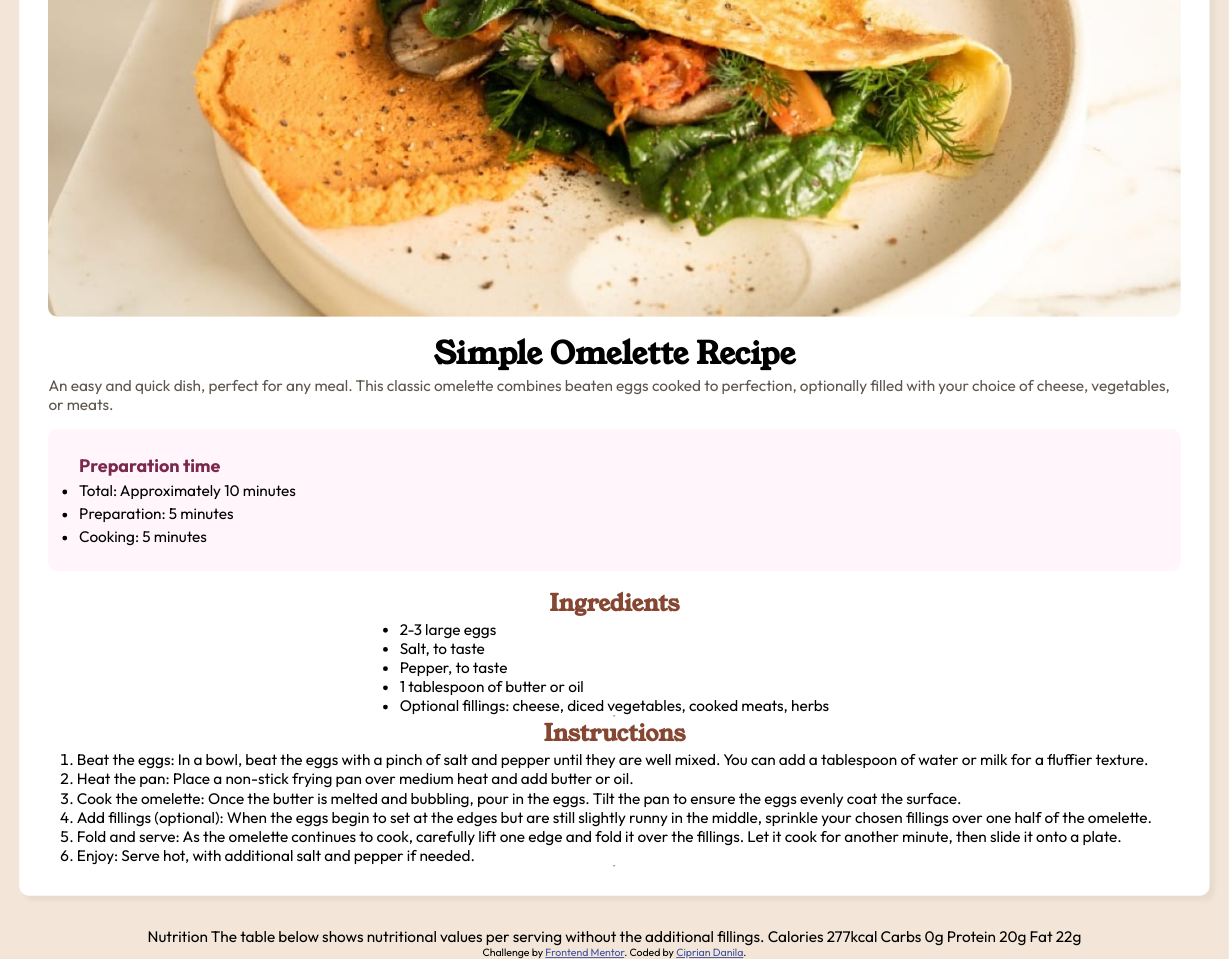
Repository: cipdanila/recipe-page
Page: index.html
These files come from the project's save history. The page is drawn as it stood at one moment and after the next save; the edit follows.
The browser window is 1280 px wide. The pictures show the whole page, at 96% of full size.

Above is the page before, as saved 2024-01-21 16:39:03.

### index.html
<!DOCTYPE html>
<html lang="en">
<head>
  <meta charset="UTF-8">
  <meta name="viewport" content="width=device-width, initial-scale=1.0"> <!-- displays site properly based on user's device -->

  <link rel="icon" type="image/png" sizes="32x32" href="./assets/images/favicon-32x32.png">
  <link rel="stylesheet" href="styles.css">

  <title>Frontend Mentor | Recipe page</title>

</head>
<body>
  <main>
    <div class="container">
      <img src="./assets/images//image-omelette.jpeg" alt="image-omlette">
      <h1>Simple Omelette Recipe</h1>
      <p>
        An easy and quick dish, perfect for any meal. This classic omelette combines beaten eggs cooked
        to perfection, optionally filled with your choice of cheese, vegetables, or meats.
      </p>
      <div class="prep-container">
        <h3>Preparation time</h3>
        <ul>
          <li>Total: Approximately 10 minutes</li>
          <li>Preparation: 5 minutes</li>
          <li>Cooking: 5 minutes</li>
        </ul>
      </div>
      <h2>Ingredients</h2>
      <ul>
        <li>2-3 large eggs</li>
        <li>Salt, to taste</li>
        <li>Pepper, to taste</li>
        <li>1 tablespoon of butter or oil</li>
        <li>Optional fillings: cheese, diced vegetables, cooked meats, herbs</li>
      </ul>
      <hr>
      <h2>Instructions</h2>
      <ol>
        <li>Beat the eggs: In a bowl, beat the eggs with a pinch of salt and pepper until they are well mixed.
          You can add a tablespoon of water or milk for a fluffier texture.</li>
        <li>Heat the pan: Place a non-stick frying pan over medium heat and add butter or oil.</li>
        <li>Cook the omelette: Once the butter is melted and bubbling, pour in the eggs. Tilt the pan to ensure
          the eggs evenly coat the surface.</li>
        <li>Add fillings (optional): When the eggs begin to set at the edges but are still slightly runny in the
          middle, sprinkle your chosen fillings over one half of the omelette.</li>
        <li>Fold and serve: As the omelette continues to cook, carefully lift one edge and fold it over the
          fillings. Let it cook for another minute, then slide it onto a plate.</li>
        <li>Enjoy: Serve hot, with additional salt and pepper if needed.</li>
      </ol>
      <hr>
    </div>
  </main>

  Nutrition

  The table below shows nutritional values per serving without the additional fillings.

  Calories
  277kcal

  Carbs
  0g

  Protein
  20g

  Fat
  22g
  <footer>
    <div class="attribution">
      Challenge by <a href="https://www.frontendmentor.io?ref=challenge" target="_blank" rel="noopener">Frontend Mentor</a>.
      Coded by <a href="https://github.com/cipdanila" target="_blank" rel="noopener noreferrer">Ciprian Danila</a>.
    </div>
  </footer>
</body>
</html>

### styles.css
@import url("https://fonts.googleapis.com/css2?family=Outfit:wght@400;600;700&family=Young+Serif&display=swap");

* {
    margin: 0;
    padding: 0;
    box-sizing: border-box;
}

:root {
    /* Primary Colors */
    --nutmeg: hsl(14, 45%, 36%);            /* h2 */
    --dark-raspberry: hsl(332, 51%, 32%);   /* h3 */
    /* Neutral Colors */
    --white: hsl(0, 0%, 100%);              /* main container */
    --rose-white: hsl(330, 100%, 98%);      /* second container */
    --eggshell: hsl(30, 54%, 90%);          /* body */
    --light-grey: hsl(30, 18%, 87%);        /* shadow */
    --wenge-brown: hsl(30, 10%, 34%);       /* regular font */
    --dark-charcoal: hsl(24, 5%, 18%);      /* bold font */
    /* Fonts */
    --font-heads: 'Young Serif', sans-serif;
    --font-body: 'Outfit', sans-serif;
}

body {
    font-family: var(--font-body);
    font-size: 16px;
    background-color: var(--eggshell);
    display: flex;
    flex-direction: column;
    align-items: center;
    justify-content: center;
    height: calc(100vh - 1px);
    margin: 1.25rem;
}

img {
    max-width: 100%;
}

h1, h2 {
    font-family: var(--font-heads);
}

h2 {
    color: var(--nutmeg);
}

h3 {
    font-family: var(--font-body);
    color: var(--dark-raspberry);
}

p {
    color: var(--wenge-brown);
}

.container {
    background-color: var(--white);
    padding: 1.90rem;
    border-radius: 0.625rem;
    box-shadow: 5px 5px 5px rgba(0, 0, 0, 0.05);
    display: flex;
    flex-direction: column;
    align-items: center;
    margin-bottom: 2rem;
}

.container img {
    border-radius: 0.625rem;
    margin-bottom: 1rem;
}

.prep-container {
    width: 100%;
    display: flex;
    flex-direction: column;
    align-items: flex-start;
    background-color: var(--rose-white);
    border-radius: 0.625rem;
    margin: 1rem auto 1rem;
    padding: 1.5rem 2rem;
    line-height: 1.5;
}

.attribution {
    font-size: 11px;
    text-align: center;
}

.attribution a {
    color: hsl(228, 45%, 44%);
}

@media (min-width: 375px) {
/**/
}

After the next save:
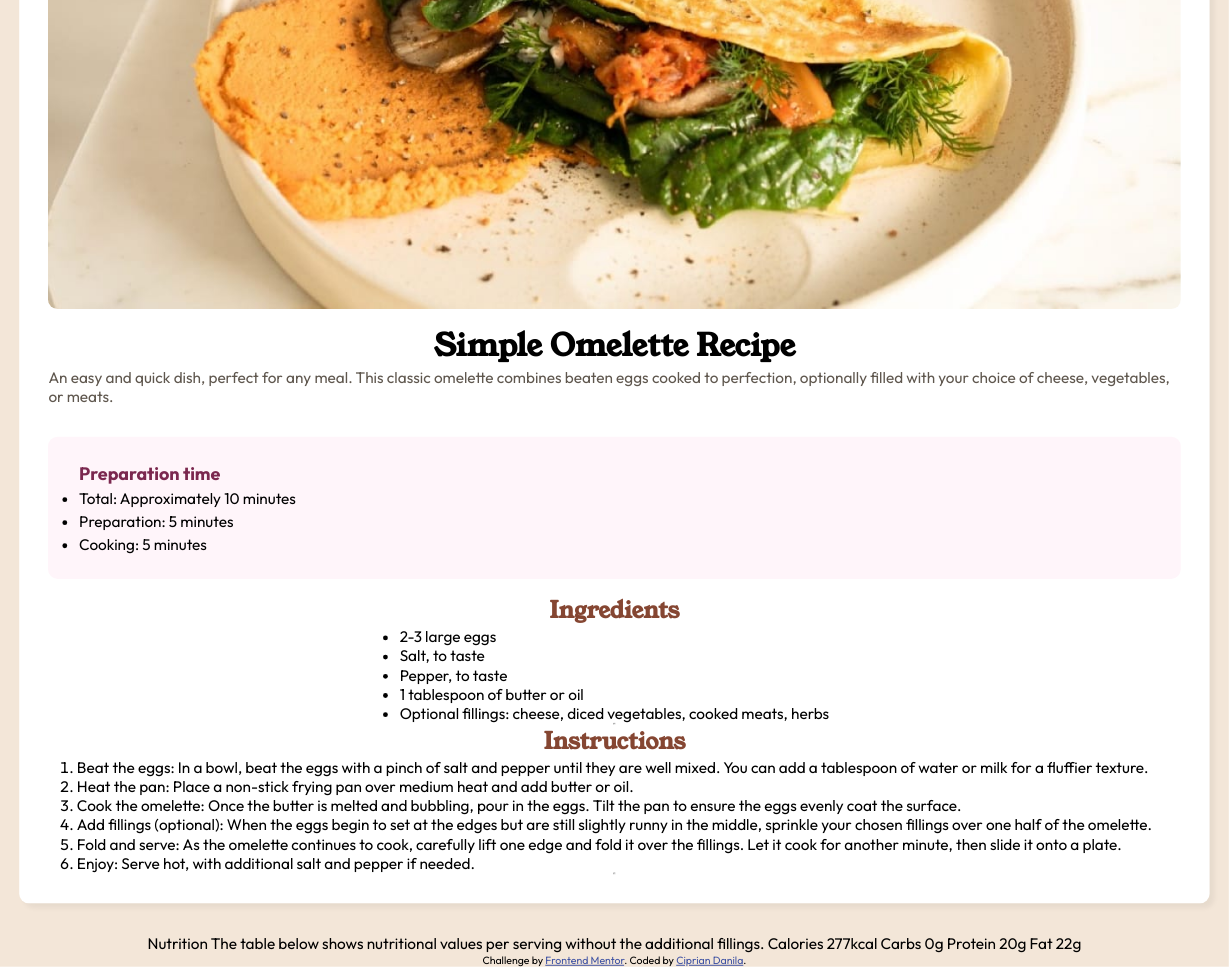
Saved 11 s later.
--- a/styles.css
+++ b/styles.css
@@ -78,7 +78,7 @@
     align-items: flex-start;
     background-color: var(--rose-white);
     border-radius: 0.625rem;
-    margin: 1rem auto 1rem;
+    margin: 2rem auto 1rem;
     padding: 1.5rem 2rem;
     line-height: 1.5;
 }
